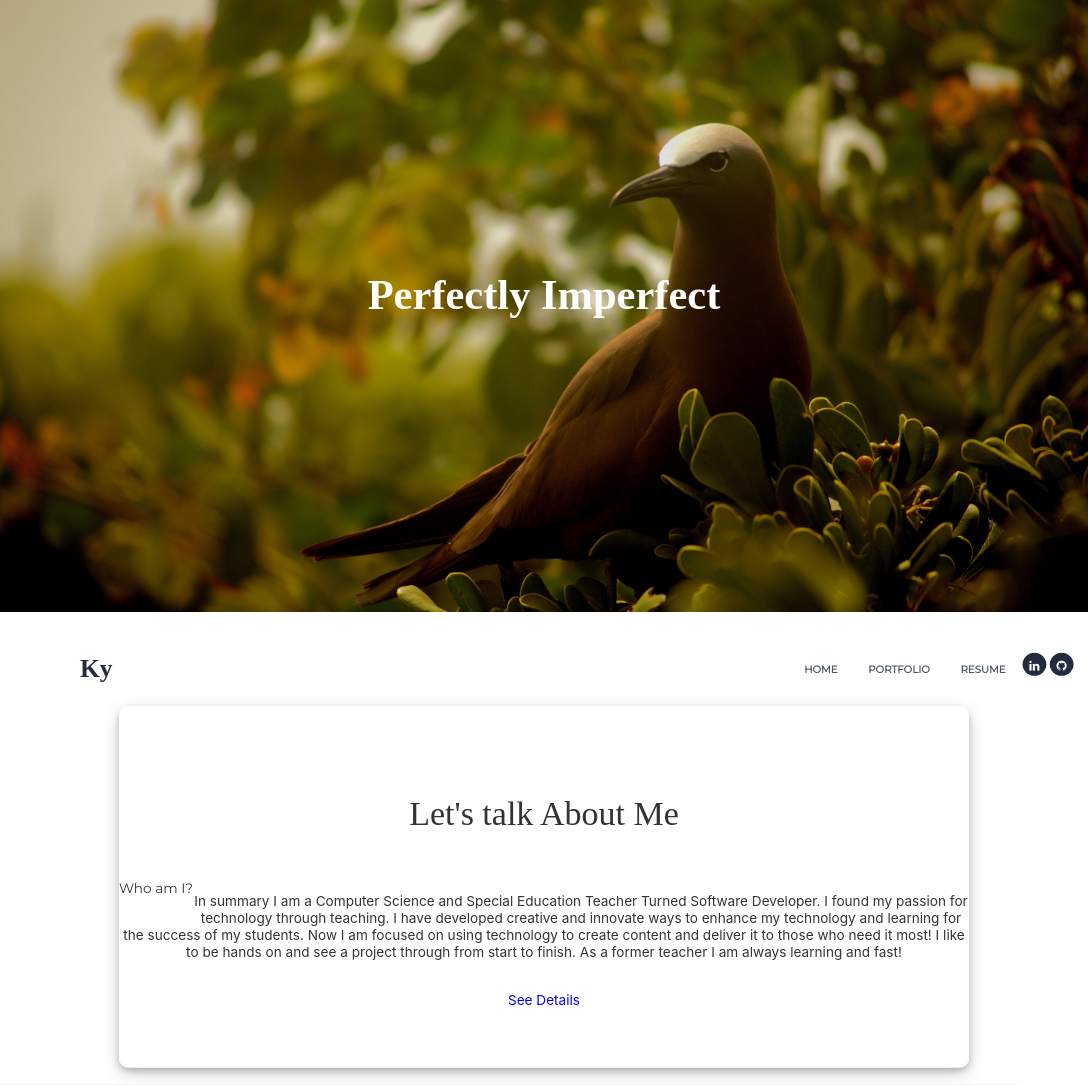
Repository: kkyler24/Perfectly-Imperfect
Page: / (app in imperfect/)
The author's editor kept a copy of each file at every save. The page is drawn from the files as they stood at one save, then again after the next save.
The browser window is 1280 px wide. The pictures show the whole page, at 85% of full size.
Backgrounds fixed to the window are drawn as part of the page. Some web fonts or font styles are not loaded; a fallback is used. The project was rebuilt for these pictures with package versions that can differ from the ones it lists, and the page was loaded fresh each time.

Above is the page before, as saved 2020-08-06 13:50:47.

### imperfect/public/index.html
<!DOCTYPE html>
<html lang="en">
  <head>
    <meta charset="utf-8" />
    <link rel="icon" href="%PUBLIC_URL%/favicon.ico" />
    <meta name="viewport" content="width=device-width, initial-scale=1" />
    <meta name="theme-color" content="#000000" />
    <meta
      name="description"
      content="Web site created using create-react-app"
    />
    <link
      rel="stylesheet"
      href="https://cdnjs.cloudflare.com/ajax/libs/font-awesome/4.7.0/css/font-awesome.min.css"
    />

    <link
      href="https://fonts.googleapis.com/css2?family=Montserrat&family=Petit+Formal+Script&display=swap"
      rel="stylesheet"
    />

    <title>React App</title>
  </head>
  <body>
    <noscript>You need to enable JavaScript to run this app.</noscript>
    <div id="root"></div>
  </body>
</html>

### imperfect/src/App.js
import React from "react";
import logo from "./logo.svg";
import "./App.css";
import Nav from "./Components/navbarComponent/navbar.js";
import PGHeader from "./Components/Headerindex/header.js";
import AboutMe from "./Components/aboutMeIndex/aboutme.js";

function App() {
  return (
    <div className="App">
      <PGHeader />
      {/* <Nav /> */}
      <AboutMe />
    </div>
  );
}

export default App;

### imperfect/src/App.css
body {
  color: #66615b;
  font-size: 16px;
  box-sizing: border-box;
  display: block;
}

### imperfect/src/Components/navbarComponent/navbar.js
import React from "react";
import "./navbar.css";

function NavBar() {
  return (
    <div>
      <nav
        color-on-scroll="300"
        class="fixed-bottom  navbar-transparent navbar navbar-expand-lg"
      >
        <div class="container-fluid">
          <div class="navbar-translate">
            <a
              id="Kytitle"
              data-placement="bottom"
              target="_blank"
              title="Coded by Creative Tim"
              class="navbar-brand"
              href="#/index"
            >
              Ky
            </a>
            <button aria-expanded="false" class="navbar-toggler navbar-toggler">
              <span class="navbar-toggler-bar bar1"></span>
              <span class="navbar-toggler-bar bar2"></span>
              <span class="navbar-toggler-bar bar3"></span>
            </button>
          </div>
          <div class="justify-content-end collapse navbar-collapse">
            <ul class="navbar-nav">
              <li class="nav-item">
                <a
                  data-placement="bottom"
                  href="https://www.linkedIn"
                  target="_blank"
                  title="Let's connect on LinkedIn"
                  class="nav-link"
                >
                  {/* <i class="fa fa-linkedIn"></i> */}
                </a>
              </li>

              <li class="nav-item">
                <a
                  data-placement="bottom"
                  href="#"
                  target="_blank"
                  title="Follow us on Twitter"
                >
                  {/* <i class="fa fa-twitter"></i> */}
                  <p class="d-lg-none"></p>
                </a>
                <li class="nav-item mr-2rem">
                  <a data-placement="bottom" href="#" target="_blank">
                    {/* <i class="fa fa-github"></i> */}
                    <p class="d-lg-none"></p>
                  </a>
                </li>
              </li>
              <li class="nav-item">
                <a class="nav-link" href="#/index">
                  <i class="nc-icon nc-layout-11"></i> Home
                </a>
              </li>
              <li class="nav-item">
                <a class="nav-link" href="#/index">
                  <i class="nc-icon nc-layout-11"></i> Portfolio
                </a>
              </li>
              <li class="nav-item">
                <a target="_blank" class="nav-link" href="#/documentation">
                  <i class="nc-icon nc-book-bookmark"></i> Resume
                </a>
              </li>
              <li class="nav-item">
                <a
                  href="https://www.linkedin.com/in/ky-kyler-a723b932/"
                  target="_blank"
                  class="fa fa-linkedin"
                ></a>
              </li>
              <li class="nav-item">
                <a
                  data-placement="bottom"
                  href="https://github.com/kkyler24"
                  target="_blank"
                  title="Star on GitHub"
                  class="fa fa-github"
                >
                  {/* <i class="fa fa-github"></i> */}
                  <p class="d-lg-none"></p>
                </a>
              </li>
            </ul>
          </div>
        </div>
      </nav>
    </div>
  );
}
export default NavBar;

### imperfect/src/Components/Headerindex/header.js
import React from "react";
import "./Indexheader.css";
import Navbar from "../navbarComponent/navbar.js";

function PageHeader(props) {
  return (
    <div>
      <div id="background" className="page-header" data-parallax="true">
        <div className="filter"></div>
        <div className="headerContainer">
          <div className="motto text-center">
            <h1 id="JumboHeaderTitle">Perfectly Imperfect</h1>
            <br />
          </div>
        </div>
      </div>
      <Navbar />
    </div>
  );
}
export default PageHeader;

### imperfect/src/Components/aboutMeIndex/aboutme.js
import React from "react";
import "./aboutme.css";

function Aboutme() {
  return (
    <div className=" card aboutMain">
      <div className="sectionAB text-center">
        <div className="ABccontainer">
          <div class="row">
            <div class="ml-auto mr-auto col-md-8">
              <h2 class="titleAB">Let's talk About Me</h2>
              <h4 class="descriptionAB"> Who am I?</h4>
              <br />
              <p>
                In summary I am a Computer Science and Special Education Teacher
                Turned Software Developer. I found my passion for technology
                through teaching. I have developed creative and innovate ways to
                enhance my technology and learning for the success of my
                students. Now I am focused on using technology to create content
                and deliver it to those who need it most! I like to be hands on
                and see a project through from start to finish. As a former
                teacher I am always learning and fast!
              </p>
              <br />
              <a href="#pablo" class="btn-round btn btn-info">
                See Details
              </a>
            </div>
          </div>
        </div>
      </div>
    </div>
  );
}
export default Aboutme;

### imperfect/src/Components/navbarComponent/navbar.css
/* navbar */
#Kytitle {
  font-family: "Petit Formal Script", cursive;
  font-size: 30px;
  color: #222b3f;
  border-bottom: solid 2px rgb(255, 255, 255);
  text-transform: capitalize;
}

.navbar.navbar-transparent {
  background: transparent !important;
  padding-top: 25px;
  box-shadow: none;
}

.navbar .navbar-brand {
  font-weight: 600;
  margin: 5px 0;
  padding: 20px 15px;
  font-size: 14px;
  text-transform: uppercase;
}

.navbar-nav {
  display: flex;
  flex-direction: column;
  padding-left: 0;
  margin-bottom: 0;
  list-style: none;
}
.navbar-brand {
  display: inline-block;
  padding-top: 0.3125rem;
  padding-bottom: 0.3125rem;
  margin-right: 1rem;
  font-size: 1.25rem;
  line-height: inherit;
  white-space: nowrap;
}

.navbar {
  border: 0;
  font-size: 14px;
  padding: 0;
  font-family: "Montserrat", "Helvetica", Arial, sans-serif;
  font-weight: 300;
  align-items: center;
  display: flex;
}
.navbar > .container-fluid {
  display: flex;
  flex-wrap: wrap;
  align-items: center;
  justify-content: space-between;
}

.nav-link {
  display: block;
}

.navbar-toggler {
  padding: 0.25rem 0.75rem;
  font-size: 1.25rem;
  line-height: 1;
  background-color: transparent;
  border: 1px solid transparent;
  border-radius: 0.25rem;
}
button {
  text-transform: none;
  overflow: hidden;
  -webkit-font-smoothing: antialiased;
  font-family: "Montserrat", "Helvetica", Arial, sans-serif;
  font-weight: 300;
  margin: 0;
  text-rendering: auto;
  /* color: -internal-light-dark(buttontext, rgb(170, 170, 170)); */
  letter-spacing: normal;
  word-spacing: normal;
  text-indent: 0px;
  text-shadow: none;
  display: inline-block;
  text-align: center;
  align-items: flex-start;
  font: 400 13.3333px Arial;
}
.navbar .navbar-toggler .navbar-toggler-bar {
  display: block;
  position: relative;
  width: 24px;
  height: 2px;
  border-radius: 1px;
  margin: 0 auto;
}

.navbar.navbar-transparent .navbar-toggler .navbar-toggler-bar {
  background: #222b3f !important;
}

.navbar-transparent .navbar-nav .nav-item .nav-link:not(.btn) {
  color: #222b3f;
  border-color: #222b3f;
}

.navbar .navbar-toggler .navbar-toggler-bar + .navbar-toggler-bar {
  margin-top: 4px;
}

.navbar .navbar-nav .nav-item .nav-link {
  line-height: 1.6;
  margin: 15px 3px;
  padding: 10px 15px;
  opacity: 0.8;
  font-size: 12px;
  text-transform: uppercase;
  font-weight: 600;
}

.navbar .navbar-nav .nav-item .nav-link p {
  margin: 0;
  text-transform: uppercase;
  font-weight: 600;
  font-size: 12px;
  line-height: 1.5em;
  padding: 15px 0;
  color: #222b3f;
}

button:not(:disabled) {
  cursor: pointer;
}

.container-fluid {
  width: 100%;
  padding-right: 15px;
  padding-left: 15px;
  margin-right: 0%;
  margin-left: 5%;
}

.fixed-top {
  position: fixed;
  right: 0;
  left: 0;
  z-index: 1030;
  /* not needed for fixed bottom */
  top: 0;
}

a {
  text-decoration: none;
  background-color: transparent;
}

.collapse:not(.show) {
  display: none;
}

.justify-content-end,
ul {
  justify-content: flex-end !important;
}

.navbar-collapse {
  flex-basis: 100%;
  flex-grow: 1;
  align-items: center;
}

ul {
  margin-top: 0;
}

.navbar .navbar-nav .nav-item .nav-link [class^="fa"] {
  font-size: 17px;
  position: relative;
  right: 5px;
  color: #222b3f;
}

.fa {
  padding: 8px;
  font-size: 14px;
  height: 11px;
  top: 5px;
  text-align: center;
  text-decoration: none;
  margin: 15px 2px;
  border-radius: 50%;
}

.fa:hover {
  opacity: 0.7;
}

.fa-linkedin {
  background: #222b3f;
  color: white;
}

.fa-github {
  background: #222b3f;
  color: white;
}

:before {
  box-sizing: border-box;
}

.navbar .navbar-collapse .nav-item .nav-link p {
  display: inline;
}

/* media Q navbar */
@media (min-width: 992px) {
  .navbar-expand-lg {
    flex-flow: row nowrap;
    justify-content: flex-start;
  }
  .navbar {
    justify-content: space-between;
  }
}
/* Li */
@media (min-width: 992px) {
  .navbar-expand-lg .navbar-nav {
    flex-direction: row;
  }
}
@media screen and (max-width: 991px) {
  .navbar-collapse ul {
    position: relative;
    z-index: 3;
    height: 95%;
  }
}

@media screen and (max-width: 991px) {
  .navbar-collapse .navbar-nav > .nav-item > .nav-link {
    color: #222b3f !important;
  }
}

@media screen and (max-width: 991px) {
  .navbar-collapse {
    position: fixed;
    display: block !important;
    top: 0;
    width: 230px;
    right: 0;
    z-index: 1032;
    visibility: visible;
    overflow-y: visible;
    border-top: none;
    text-align: left;
    padding-right: 0;
    padding-left: 40px;
    padding-top: 15px;
    transform: translateX(230px);
    transition: all 0.33s cubic-bezier(0.685, 0.0473, 0.346, 1);
  }
}

@media (max-width: 991.98px) {
  .navbar-expand-lg > .container-fluid {
    padding-right: 0;
    padding-left: 0;
  }
}

@media (min-width: 768px) {
  .container-fluid {
    max-width: 720px;
  }
}

@media (min-width: 992px) {
  .container-fluid {
    max-width: 100%;
  }
}

@media screen and (max-width: 991px) {
  .navbar-translate {
    width: 100%;
    position: relative;
    display: flex;
    justify-content: space-between !important;
    align-items: center;
    transform: translateX(0);
    transition: all 0.33s cubic-bezier(0.685, 0.0473, 0.346, 1);
  }
}

@media (min-width: 992px) {
  .navbar-expand-lg .navbar-toggler {
    display: none;
  }
}

@media screen and (max-width: 991px) {
  .navbar-collapse {
    height: 100% !important;
  }
}

@media (min-width: 992px) {
  .navbar-expand-lg .navbar-collapse {
    display: flex !important;
    flex-basis: auto;
  }
}
/*
@media (min-width: 576px) {
  .container-fluid {
    max-width: 540px;
  }
} */

@media (min-width: 992px) {
  .navbar-expand-lg > .container-fluid {
    flex-wrap: nowrap;
  }
}

### imperfect/src/Components/Headerindex/Indexheader.css
#background {
  background-image: url("../../Assets/imgs/brownnoodyGreatbirdisland.jpg");
  background-attachment: fixed;
  background-repeat: no-repeat;
  background-size: cover;
  height: 700px;
}

.page-header {
  background-position: 50%;
  background-size: cover;
  min-height: 100vh;
  max-height: 999px;
  overflow: hidden;
  position: relative;
  width: 100%;
  z-index: 1;
  display: flex;
  align-items: center;
  justify-content: center;
}

.page-header .filter:after {
  background-color: rgba(0, 0, 0, 0.125);
  content: "";
  display: block;
  height: 100%;
  left: 0;
  top: 0;
  position: absolute;
  width: 100%;
  z-index: 1;
}

.page-header .motto {
  z-index: 3;
  color: #fff;
  position: relative;
  width: max-content;
}

.headerContainer {
  font-family: "Petit Formal Script", cursive;
  display: inline-flex;
  width: 100%;
  /* font-weight: 200; */
  padding-right: 15px;
  padding-left: 15px;
  margin-right: auto;
  margin-left: auto;
  font-size: 50px;
  justify-content: center;
}

.text-center {
  text-align: center !important;
}
div {
  display: block;
}

h1 {
  display: block;
  font-size: 2em;
  margin-block-start: 0.67em;
  margin-block-end: 0.67em;
  margin-inline-start: 0px;
  margin-inline-end: 0px;
  font-weight: bold;
}
@media (max-width: 450px) and (min-width: 280px) {
  #JumboHeaderTitle {
    width: 300px;
    margin: auto;
    font-size: 20px;
    text-align: center;
  }
  #background {
    width: 450px !important;
  }
}
/*
@media (max-width: 570px) and (min-width: 280px) {
  #JumboHeaderTitle {
    width: 400px;
    margin: auto;
    font-size: 20px;
    text-align: center;
  }
} */

/* media Q */
@media (min-width: 992px) {
  .headerContainer {
    max-width: 960px;
  }
}

@media (min-width: 768px) {
  .headerContainer {
    max-width: 720px;
  }
}

@media (min-width: 576px) {
  .headerContainer {
    max-width: 540px;
    font-size: 25px;
  }
}

@media (max-width: 576px) {
  .headerContainer {
    display: flex;
    flex-wrap: wrap;
    max-width: 540px !important;
    font-size: 20px;
    text-align: center;
  }
}

### imperfect/src/Components/aboutMeIndex/aboutme.css
.aboutMain .section:first-of-type {
  position: relative;
  z-index: 3;
  position: relative;
  background: #ffffff;
  margin: -60px 30px 0px;
  box-shadow: 0 16px 24px 2px rgba(0, 0, 0, 0.14),
    0 6px 30px 5px rgba(0, 0, 0, 0.12), 0 8px 10px -5px rgba(0, 0, 0, 0.2);
  border-radius: 6px;
  padding: 70px 0;
}

.card,
.aboutMain {
  width: 700px;
  border-radius: 12px;
  box-shadow: 0 4px 8px 0 rgba(0, 0, 0, 0.2), 0 6px 20px 0 rgba(0, 0, 0, 0.19);
  text-align: center;
  background-color: #fff;
  color: #333;
  margin-bottom: 20px;
  position: relative;
  z-index: 3;
  border: 0;
  transition: transform 0.3s cubic-bezier(0.34, 2, 0.6, 1), box-shadow 0.2s ease;
  display: flex;
  flex-direction: column;
  min-width: 0;
  background-clip: border-box;
  /* border: 1px solid rgba(0, 0, 0, 0.25); */
  /* border-radius: 20px; */
  margin-left: auto;
  margin-right: auto;
}

.sectionAB {
  padding: 70px 0;
  background-color: #fff;
  border-radius: 10px;
}

.text-center {
  text-align: center !important;
}

.titleAB {
  font-family: "Petit Formal Script", cursive;
  font-weight: lighter;
  font-size: 40px;
}

.descriptionAB {
  font-family: "Montserrat", sans-serif;
  font-weight: lighter;
  float: left;
  text-align: center;
}

.ABcontainer {
  width: 100%;
  margin-right: auto;
  margin-left: auto;
}

row {
  display: flex;
  flex-wrap: wrap;
  margin-right: -15px;
  margin-left: -15px;
}

@media (min-width: 768px) {
  .ABcontainer {
    max-width: 720px;
  }
}

@media (max-width: 992px) {
  .sectionAB {
    max-width: 700px;
  }
}

@media (min-width: 992px) {
  .sectionAB,
  .aboutMain {
    width: 1000px;
  }
}

Loaded but not shown: imperfect/src/index.js (common file); imperfect/src/index.css (common file); imperfect/src/serviceWorker.js (common file)

After the next save:
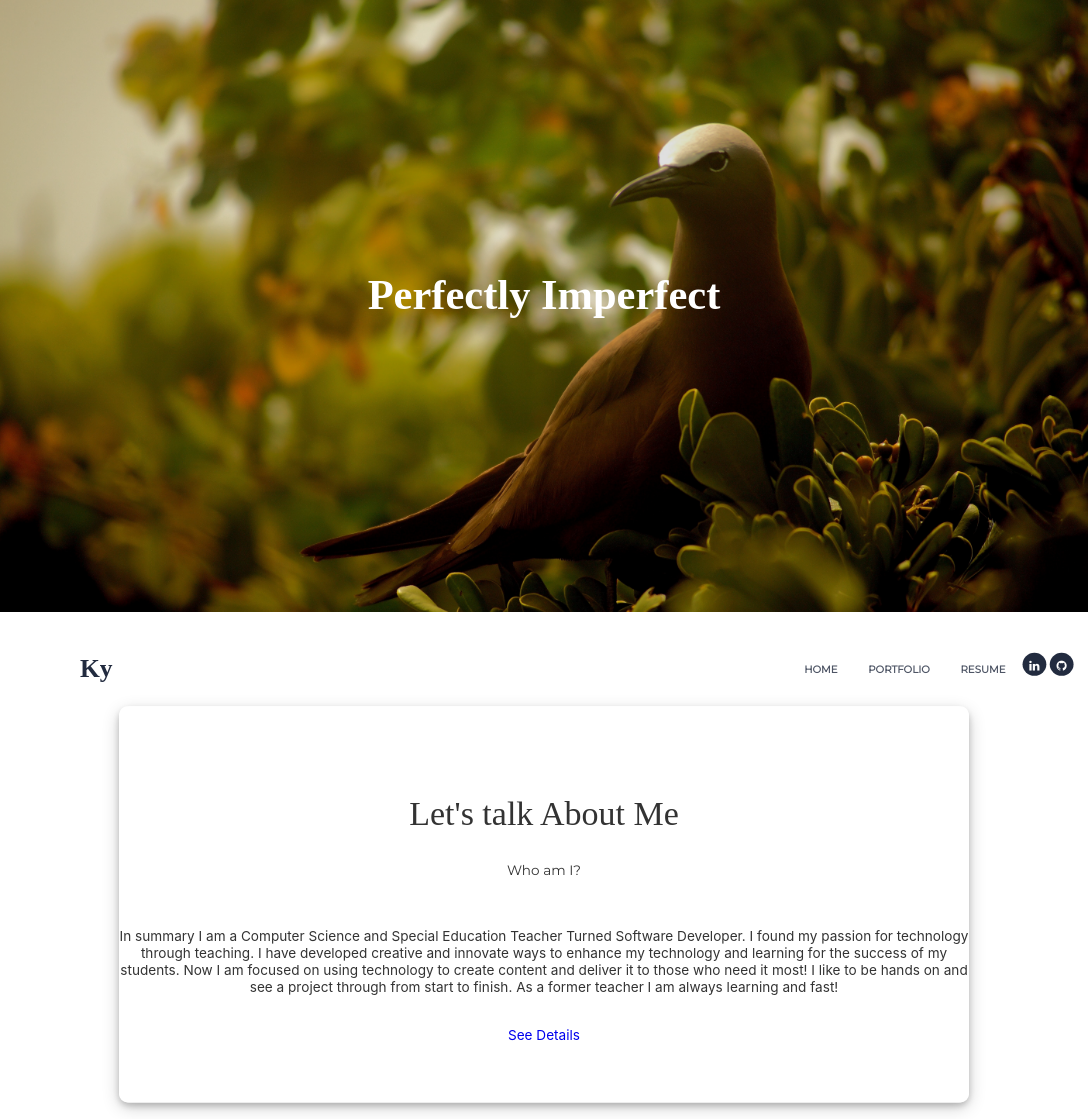
Saved 13 s later.
--- a/imperfect/src/Components/aboutMeIndex/aboutme.css
+++ b/imperfect/src/Components/aboutMeIndex/aboutme.css
@@ -52,7 +52,6 @@
 .descriptionAB {
   font-family: "Montserrat", sans-serif;
   font-weight: lighter;
-  float: left;
   text-align: center;
 }
 
